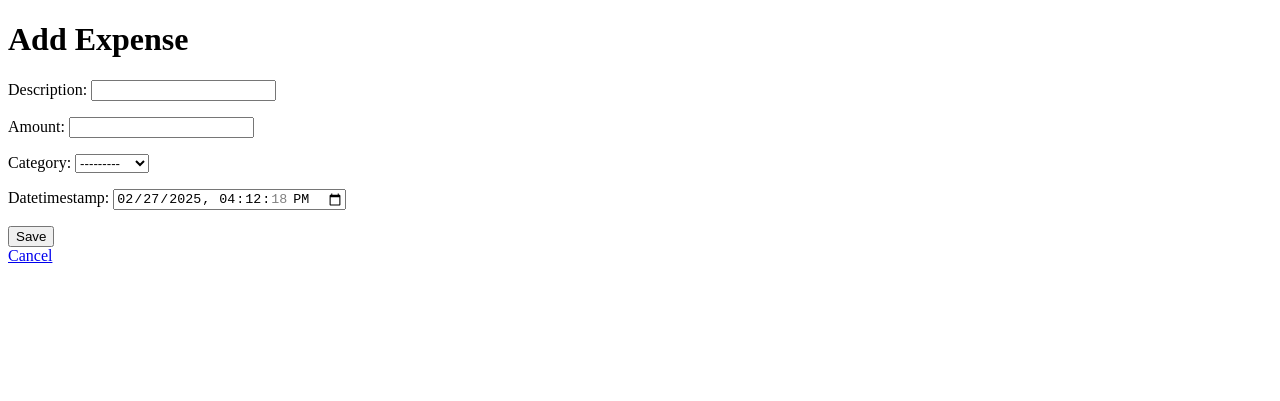
Repository: Jijiluzana225/lugawan_pitlane
Page: http://localhost/expenses/add/
These files come from the project's save history. The page is drawn as it stood at one moment and after the next save; the edit follows.
The browser window is 1280 px wide. The pictures show the whole page.
The page is served by the project's application, run on Django 5.2 (manage.py).

Above is the page before, as saved 2025-03-07 09:20:30.

After the next save:
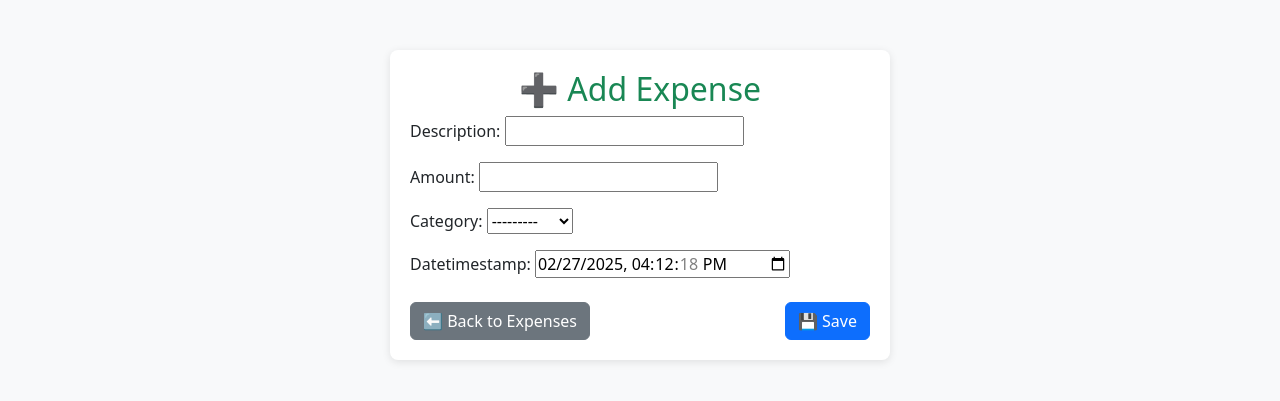
Saved 105 s later.
--- a/pos/templates/pos/expense_form.html
+++ b/pos/templates/pos/expense_form.html
@@ -1,17 +1,53 @@
 <!DOCTYPE html>
 <html lang="en">
 <head>
-    <title>Expense Form</title>
+    <meta charset="UTF-8">
+    <meta name="viewport" content="width=device-width, initial-scale=1.0">
+    <title>{% if form.instance.id %}Edit Expense{% else %}Add Expense{% endif %} - Lugaw Cafe</title>
+
+    <!-- Bootstrap CSS -->
+    <link href="https://cdnjs.cloudflare.com/ajax/libs/bootstrap/5.3.0/css/bootstrap.min.css" rel="stylesheet">
+
+    <!-- Custom Styles -->
+    <style>
+        body {
+            background-color: #f8f9fa;
+        }
+        .form-container {
+            max-width: 500px;
+            margin: 50px auto;
+            padding: 20px;
+            background: #ffffff;
+            border-radius: 8px;
+            box-shadow: 0 2px 8px rgba(0, 0, 0, 0.1);
+        }
+    </style>
 </head>
 <body>
-    <h1>{% if form.instance.id %}Edit Expense{% else %}Add Expense{% endif %}</h1>
 
-    <form method="post">
-        {% csrf_token %}
-        {{ form.as_p }}
-        <button type="submit">Save</button>
-    </form>
+<div class="container">
+    <div class="form-container">
+        <h2 class="text-center {% if form.instance.id %}text-warning{% else %}text-success{% endif %}">
+            {% if form.instance.id %}✏️ Edit Expense{% else %}➕ Add Expense{% endif %}
+        </h2>
 
-    <a href="{% url 'expense_list' %}">Cancel</a>
+        <form method="post">
+            {% csrf_token %}
+            {{ form.as_p }}
+            <div class="d-flex justify-content-between mt-4">
+                <a href="{% url 'expense_list' %}" class="btn btn-secondary">
+                    ⬅️ Back to Expenses
+                </a>
+                <button type="submit" class="btn btn-primary">
+                    💾 Save
+                </button>
+            </div>
+        </form>
+    </div>
+</div>
+
+<!-- Bootstrap JS (optional) -->
+<script src="https://cdnjs.cloudflare.com/ajax/libs/bootstrap/5.3.0/js/bootstrap.bundle.min.js"></script>
+
 </body>
 </html>
